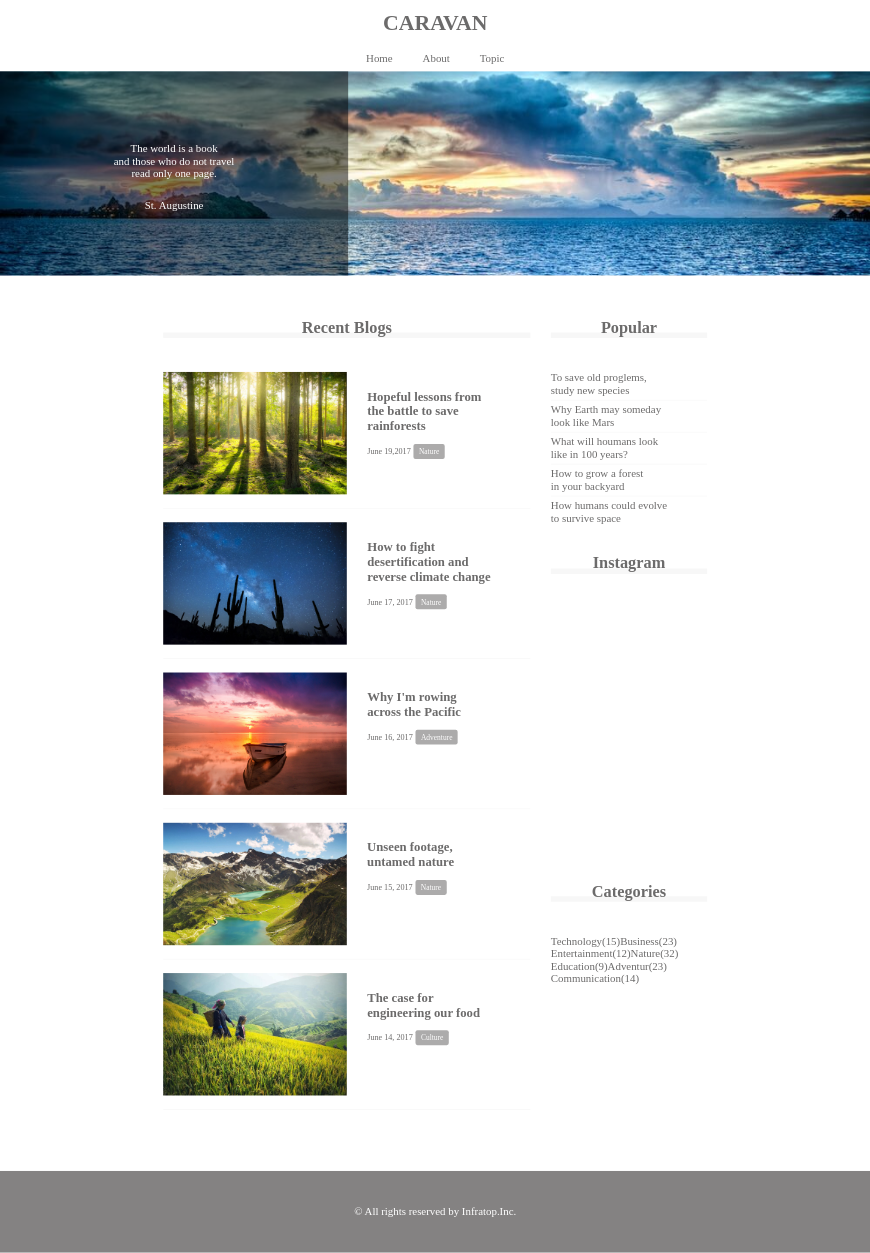
Repository: Souax/prac_20231021
Page: caravan/index.html
The author's editor kept a record of every edit. The page is drawn from the files as they stood at one moment, then again after the next edit.
The browser window is 1280 px wide. The pictures show the whole page, at 68% of full size.

Above is the page before.

After the next edit:
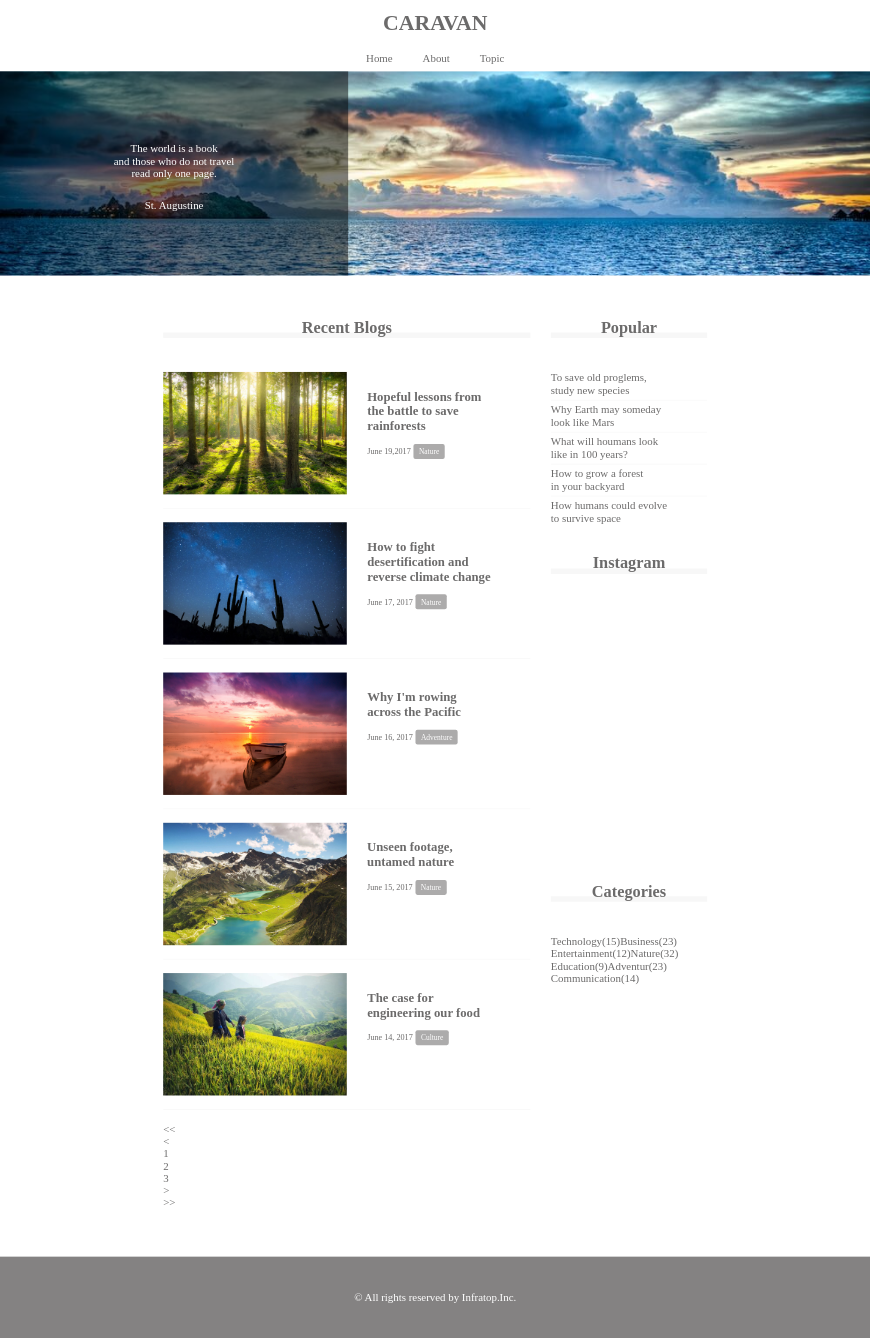
The edit:
--- a/caravan/index.html
+++ b/caravan/index.html
@@ -111,6 +111,15 @@
             </section>
             </div>
             </div>
+            <div class="pagination">
+              <p><<</p>
+              <p><</p>
+              <p>1</p>
+              <p>2</p>
+              <p>3</p>
+              <p>></p>
+              <p>>></p>
+            </div>
             </section>
             <div class="sidebar">
               <section class="popular">
